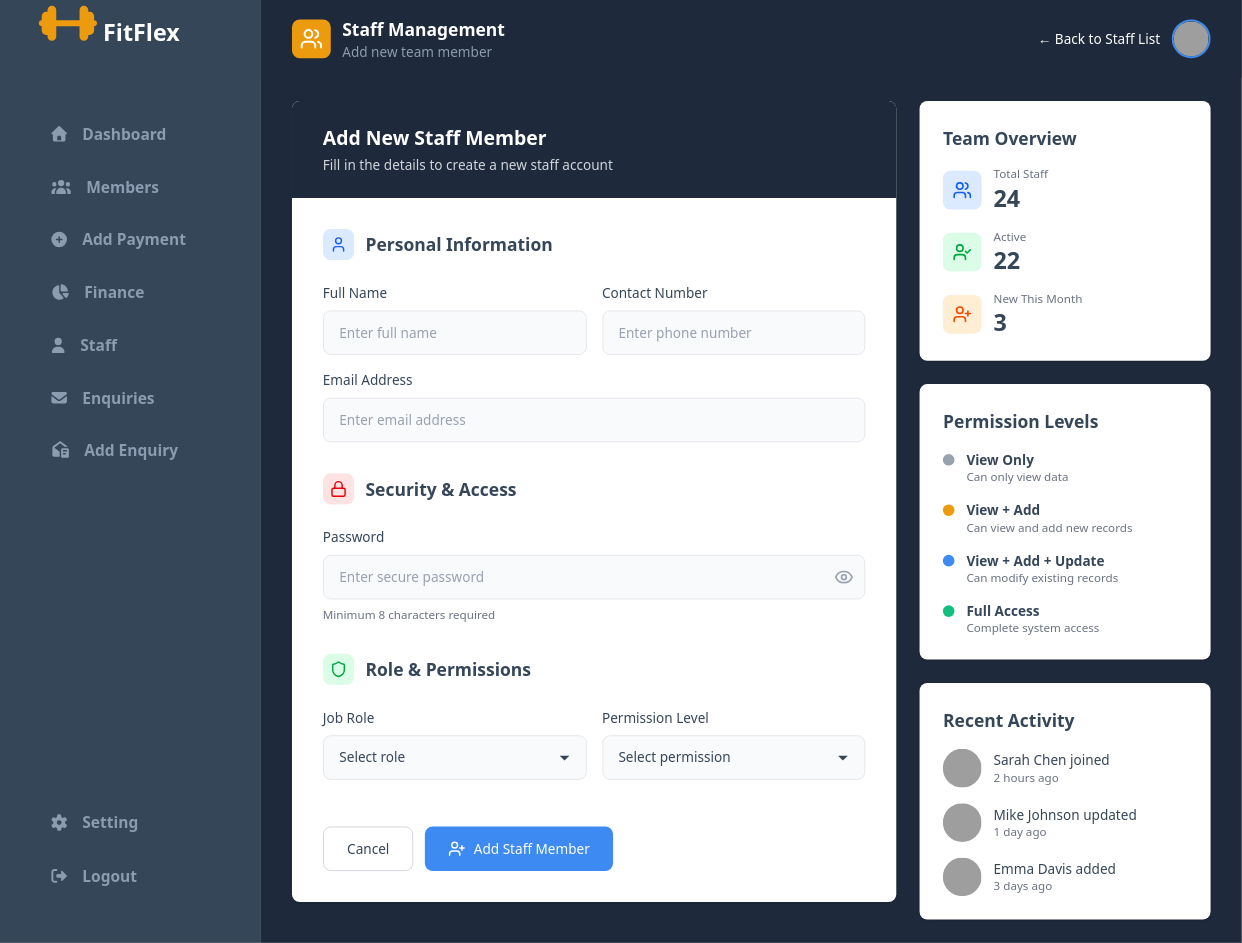
Repository: MuhammadTalhaTaj/gym_management_app_backend
Page: /addstaff (app in frontend/)
An editor plug-in stored every save of this project. The page is shown before and after the next save, followed by the edit.
The browser window is 1280 px wide. The pictures show the whole page, at 97% of full size.
Pictures or frames that could not be fetched are drawn as grey boxes. The project was rebuilt for these pictures with package versions that can differ from the ones it lists, and the page was loaded fresh each time. Also part of the build but not shown: frontend/vite.config.ts, frontend/src/assets/styles/AdminHeader.css, frontend/src/Components/AdminHeader.tsx, frontend/src/assets/styles/AdminDashboard.css, frontend/src/hooks/useDashboardData.ts, frontend/src/assets/styles/AdminDashboardStats.css, frontend/src/Components/AdminDashboardStats.tsx, frontend/src/Components/IncomeExpenseChart.tsx and 31 more.

Above is the page before, as saved 2025-11-21 10:40:32.

### frontend/index.html
<!doctype html>
<html lang="en">

<head>
  <meta charset="UTF-8" />
  <link rel="icon" type="image/svg+xml" href="/vite.svg" />
  <meta name="viewport" content="width=device-width, initial-scale=1.0" />
  <title>GymManagement</title>
  <link rel="preconnect" href="https://fonts.googleapis.com" />
  <link rel="preconnect" href="https://fonts.gstatic.com" crossorigin />
  <link rel="stylesheet" href="https://fonts.googleapis.com/css2?family=Roboto:wght@300;400;500;700&display=swap" />

</head>

<body>
  <div id="root"></div>
  <script type="module" src="/src/main.tsx"></script>
</body>

</html>

### frontend/src/index.css
@import "tailwindcss";
:root{
  padding: 0;
  margin: 0;
  box-sizing: border-box;
  --primary-100:#364659;
  --primary-200:#1E293B;
  --primary-300:#8C9BB0;
  --secondary-100: #EC9A0E;
  --secondary-200:#595446;
  --tertiary-100: #F24949;
  --tertiary-100-30: #584252;
  --tertiary-200: #F47117;
  --tertiary-200-30: #5A4B48;
  --tertiary-300: #11BF7F;
  --tertiary-300-30: #2B595E;
  --tertiary-400: #3D8BF2;
  --tertiary-400-30: #344E75;
  --tertiary-500: #94A3B8;
  --tertiary-600: #1E293B;
}
body{
  padding: 0;
  margin: 0;
}
.adminMain{
  display: flex;
  margin: 0;
  justify-content: space-between;
  padding: 0;
  /* border: 2px solid blue; */
}
@media all and (max-width:700px) {
  .adminMain{
    flex-direction: column;
  }
}

### frontend/src/Components/ProtectedRoute.tsx
import React, { useEffect, useState } from "react";
// import { Navigate } from "react-router-dom";
import { apiRequest } from "../config/api";

type Props = {
  children: React.ReactNode;
};

const getStoredToken = (): string | null => {
  return localStorage.getItem("accessToken") || sessionStorage.getItem("accessToken");
};

export default function ProtectedRoute({ children }: Props) {
  const [status, setStatus] = useState<"pending" | "ok" | "unauth">("pending");

  useEffect(() => {
    let mounted = true;

    const token = getStoredToken();
    if (!token) {
      // no token -> immediately unauth
      if (mounted) setStatus("unauth");
      return;
    }

    const validate = async () => {
      try {
        // call backend authenticate endpoint
        const res = await apiRequest<{ success?: boolean; message?: string; userId?: string }>({
          method: "GET",
          endpoint: "/auth/authenticate"
        });

        // backend returns success:true on valid token
        if (mounted && res && (res as any).success === true) {
          setStatus("ok");
        } else {
          // treat missing success flag as unauth
          if (mounted) setStatus("unauth");
        }
      } catch (err) {
        // any error -> unauth
        if (mounted) setStatus("unauth");
      }
    };

    validate();

    return () => { mounted = false; };
  }, []);

  if (status === "pending") {
    // while checking, render nothing (keep UI/layout unchanged)
    return null;
  }

  if (status === "unauth") {
    // clear tokens to ensure clean state, then redirect
    try {
      localStorage.removeItem("accessToken");
      sessionStorage.removeItem("accessToken");
    } catch (e) {
      // ignore
    }
    // return <Navigate to="/login" replace />;
  }

  // auth ok
  return <>{children}</>;
}

### frontend/src/context/AuthContext.tsx
// src/context/AuthContext.tsx (example)
import React, { createContext, useEffect } from "react";
import { onAuthFailure,
  // setAccessToken as storeAccessToken,
   clearTokens } from "../config/auth";
import { useNavigate } from "react-router-dom";

export const AuthContext = createContext<any>(null);

export const AuthProvider: React.FC<{children:any}> = ({ children }) => {
  const navigate = useNavigate();

  useEffect(() => {
    onAuthFailure(() => {
      // clear local tokens and redirect to login
      clearTokens();
      navigate("/login");
    });
  }, [navigate]);

  return <AuthContext.Provider value={{}}>{children}</AuthContext.Provider>;
};

### frontend/src/pages/Admin/AddStaff.tsx
import React, { useState } from 'react';
import { Eye, EyeOff, Users, UserCheck, UserPlus, Shield, User, Lock } from 'lucide-react';

// Data file - export this to a separate file in your project (e.g., staffData.js)
export const staffData = {
  teamOverview: {
    totalStaff: 24,
    activeStaff: 22,
    newThisMonth: 3
  },
  permissionLevels: [
    {
      id: 'view-only',
      name: 'View Only',
      description: 'Can only view data',
      color: 'bg-gray-400'
    },
    {
      id: 'view-add',
      name: 'View + Add',
      description: 'Can view and add new records',
      color: 'bg-[var(--secondary-100)]'
    },
    {
      id: 'view-add-update',
      name: 'View + Add + Update',
      description: 'Can modify existing records',
      color: 'bg-[var(--tertiary-400)]'
    },
    {
      id: 'full-access',
      name: 'Full Access',
      description: 'Complete system access',
      color: 'bg-[var(--tertiary-300)]'
    }
  ],
  recentActivity: [
    {
      id: 1,
      name: 'Sarah Chen',
      action: 'joined',
      time: '2 hours ago',
      avatar: 'https://i.pravatar.cc/150?img=1'
    },
    {
      id: 2,
      name: 'Mike Johnson',
      action: 'updated',
      time: '1 day ago',
      avatar: 'https://i.pravatar.cc/150?img=2'
    },
    {
      id: 3,
      name: 'Emma Davis',
      action: 'added',
      time: '3 days ago',
      avatar: 'https://i.pravatar.cc/150?img=3'
    }
  ],
  jobRoles: [
    'Select role',
    'Administrator',
    'Manager',
    'Developer',
    'Designer',
    'Analyst',
    'Support Staff'
  ],
  permissions: [
    'Select permission',
    'View Only',
    'View + Add',
    'View + Add + Update',
    'Full Access'
  ]
};

// Reusable Components
const Card = ({ children, className = '' }) => (
  <div className={`bg-white rounded-lg shadow-sm ${className}`}>
    {children}
  </div>
);

const Input = ({ label, placeholder, type = 'text', value, onChange, showPasswordToggle, onTogglePassword, showPassword, helperText }) => (
  <div className="flex flex-col gap-2">
    {label && (
      <label className="text-sm font-medium text-[var(--primary-100)]">
        {label}
      </label>
    )}
    <div className="relative">
      <input
        type={type}
        placeholder={placeholder}
        value={value}
        onChange={onChange}
        className="w-full px-4 py-3 bg-gray-50 border border-gray-200 rounded-lg text-sm text-[var(--primary-100)] placeholder-gray-400 focus:outline-none focus:ring-2 focus:ring-[var(--tertiary-400)] focus:border-transparent transition-all"
      />
      {showPasswordToggle && (
        <button
          type="button"
          onClick={onTogglePassword}
          className="absolute right-3 top-1/2 -translate-y-1/2 text-gray-400 hover:text-[var(--primary-100)] transition-colors"
        >
          {showPassword ? <EyeOff size={20} /> : <Eye size={20} />}
        </button>
      )}
    </div>
    {helperText && (
      <span className="text-xs text-gray-500">{helperText}</span>
    )}
  </div>
);

const Select = ({ label, options, value, onChange }) => (
  <div className="flex flex-col gap-2">
    {label && (
      <label className="text-sm font-medium text-[var(--primary-100)]">
        {label}
      </label>
    )}
    <select
      value={value}
      onChange={onChange}
      className="w-full px-4 py-3 bg-gray-50 border border-gray-200 rounded-lg text-sm text-[var(--primary-100)] focus:outline-none focus:ring-2 focus:ring-[var(--tertiary-400)] focus:border-transparent transition-all appearance-none cursor-pointer"
      style={{
        backgroundImage: `url("data:[embedded picture, 161 characters]")`,
        backgroundRepeat: 'no-repeat',
        backgroundPosition: 'right 1rem center'
      }}
    >
      {options.map((option, index) => (
        <option key={index} value={option}>
          {option}
        </option>
      ))}
    </select>
  </div>
);

const Button = ({ children, variant = 'primary', onClick, icon: Icon }) => {
  const variants = {
    primary: 'bg-[var(--tertiary-400)] hover:bg-[var(--tertiary-400)]/90 text-white',
    secondary: 'bg-white hover:bg-gray-50 text-[var(--primary-100)] border border-gray-300'
  };

  return (
    <button
      onClick={onClick}
      className={`px-6 py-3 rounded-lg font-medium text-sm transition-all flex items-center justify-center gap-2 ${variants[variant]}`}
    >
      {Icon && <Icon size={18} />}
      {children}
    </button>
  );
};

const StatsCard = ({ icon: Icon, label, value, iconBg, iconColor }) => (
  <div className="flex items-center gap-3">
    <div className={`w-10 h-10 rounded-lg ${iconBg} flex items-center justify-center`}>
      <Icon size={20} className={iconColor} />
    </div>
    <div>
      <p className="text-xs text-gray-500">{label}</p>
      <p className="text-2xl font-bold text-[var(--primary-100)]">{value}</p>
    </div>
  </div>
);

const ActivityItem = ({ activity }) => (
  <div className="flex items-center gap-3">
    <img
      src={activity.avatar}
      alt={activity.name}
      className="w-10 h-10 rounded-full object-cover"
    />
    <div className="flex-1">
      <p className="text-sm font-medium text-[var(--primary-100)]">
        {activity.name} {activity.action}
      </p>
      <p className="text-xs text-gray-500">{activity.time}</p>
    </div>
  </div>
);

const PermissionItem = ({ permission }) => (
  <div className="flex items-start gap-3">
    <div className={`w-3 h-3 rounded-full ${permission.color} mt-1`}></div>
    <div className="flex-1">
      <p className="text-sm font-semibold text-[var(--primary-100)]">{permission.name}</p>
      <p className="text-xs text-gray-500">{permission.description}</p>
    </div>
  </div>
);

const SectionHeader = ({ icon: Icon, title, iconBg, iconColor }) => (
  <div className="flex items-center gap-3 mb-6">
    <div className={`w-8 h-8 rounded-lg ${iconBg} flex items-center justify-center`}>
      <Icon size={18} className={iconColor} />
    </div>
    <h3 className="text-lg font-semibold text-[var(--primary-100)]">{title}</h3>
  </div>
);

// Main Component
const AddStaff = () => {
  const [formData, setFormData] = useState({
    fullName: '',
    contactNumber: '',
    email: '',
    password: '',
    jobRole: staffData.jobRoles[0],
    permission: staffData.permissions[0]
  });

  const [showPassword, setShowPassword] = useState(false);

  const handleInputChange = (field) => (e) => {
    setFormData(prev => ({ ...prev, [field]: e.target.value }));
  };

  const handleSubmit = () => {
    console.log('Form submitted:', formData);
    // Add your form submission logic here
  };

  const handleCancel = () => {
    setFormData({
      fullName: '',
      contactNumber: '',
      email: '',
      password: '',
      jobRole: staffData.jobRoles[0],
      permission: staffData.permissions[0]
    });
  };

  return (
    <div className="min-h-screen w-full bg-[var(--primary-200)]">
      {/* Header */}
      <header className="bg-[var(--primary-200)] text-white px-4 sm:px-6 lg:px-8 py-4">
        <div className="max-w-7xl mx-auto flex items-center justify-between">
          <div className="flex items-center gap-3">
            <div className="w-10 h-10 bg-[var(--secondary-100)] rounded-lg flex items-center justify-center">
              <Users size={24} />
            </div>
            <div>
              <h1 className="text-lg font-semibold">Staff Management</h1>
              <p className="text-sm text-[var(--primary-300)]">Add new team member</p>
            </div>
          </div>
          <div className="flex items-center gap-3">
            <button className="flex items-center gap-2 text-sm hover:text-gray-300 transition-colors">
              <span className="hidden sm:inline">← Back to Staff List</span>
              <span className="sm:hidden">← Back</span>
            </button>
            <img
              src="https://i.pravatar.cc/150?img=5"
              alt="User"
              className="w-10 h-10 rounded-full object-cover border-2 border-[var(--tertiary-400)]"
            />
          </div>
        </div>
      </header>

      {/* Main Content */}
      <main className="max-w-7xl mx-auto px-4 sm:px-6 lg:px-8 py-6">
        <div className="grid grid-cols-1 lg:grid-cols-3 gap-6">
          {/* Left Column - Form */}
          <div className="lg:col-span-2">
            <Card className="p-6 sm:p-8">
              {/* Form Header */}
              <div className="bg-[var(--primary-200)] text-white -mx-6 sm:-mx-8 -mt-6 sm:-mt-8 px-6 sm:px-8 py-6 rounded-t-lg mb-8">
                <h2 className="text-xl font-bold mb-1">Add New Staff Member</h2>
                <p className="text-sm text-gray-300">Fill in the details to create a new staff account</p>
              </div>

              <div className="space-y-8">
                {/* Personal Information */}
                <div>
                  <SectionHeader
                    icon={User}
                    title="Personal Information"
                    iconBg="bg-blue-100"
                    iconColor="text-blue-600"
                  />
                  <div className="grid grid-cols-1 md:grid-cols-2 gap-4">
                    <Input
                      label="Full Name"
                      placeholder="Enter full name"
                      value={formData.fullName}
                      onChange={handleInputChange('fullName')}
                    />
                    <Input
                      label="Contact Number"
                      placeholder="Enter phone number"
                      type="tel"
                      value={formData.contactNumber}
                      onChange={handleInputChange('contactNumber')}
                    />
                  </div>
                  <div className="mt-4">
                    <Input
                      label="Email Address"
                      placeholder="Enter email address"
                      type="email"
                      value={formData.email}
                      onChange={handleInputChange('email')}
                    />
                  </div>
                </div>

                {/* Security & Access */}
                <div>
                  <SectionHeader
                    icon={Lock}
                    title="Security & Access"
                    iconBg="bg-red-100"
                    iconColor="text-red-600"
                  />
                  <Input
                    label="Password"
                    placeholder="Enter secure password"
                    type={showPassword ? 'text' : 'password'}
                    value={formData.password}
                    onChange={handleInputChange('password')}
                    showPasswordToggle
                    onTogglePassword={() => setShowPassword(!showPassword)}
                    showPassword={showPassword}
                    helperText="Minimum 8 characters required"
                  />
                </div>

                {/* Role & Permissions */}
                <div>
                  <SectionHeader
                    icon={Shield}
                    title="Role & Permissions"
                    iconBg="bg-green-100"
                    iconColor="text-green-600"
                  />
                  <div className="grid grid-cols-1 md:grid-cols-2 gap-4">
                    <Select
                      label="Job Role"
                      options={staffData.jobRoles}
                      value={formData.jobRole}
                      onChange={handleInputChange('jobRole')}
                    />
                    <Select
                      label="Permission Level"
                      options={staffData.permissions}
                      value={formData.permission}
                      onChange={handleInputChange('permission')}
                    />
                  </div>
                </div>

                {/* Action Buttons */}
                <div className="flex flex-col sm:flex-row gap-3 pt-4">
                  <Button variant="secondary" onClick={handleCancel}>
                    Cancel
                  </Button>
                  <Button variant="primary" onClick={handleSubmit} icon={UserPlus}>
                    Add Staff Member
                  </Button>
                </div>
              </div>
            </Card>
          </div>

          {/* Right Column - Sidebar */}
          <div className="space-y-6">
            {/* Team Overview */}
            <Card className="p-6">
              <h3 className="text-lg font-semibold text-[var(--primary-100)] mb-4">Team Overview</h3>
              <div className="space-y-4">
                <StatsCard
                  icon={Users}
                  label="Total Staff"
                  value={staffData.teamOverview.totalStaff}
                  iconBg="bg-blue-100"
                  iconColor="text-blue-600"
                />
                <StatsCard
                  icon={UserCheck}
                  label="Active"
                  value={staffData.teamOverview.activeStaff}
                  iconBg="bg-green-100"
                  iconColor="text-green-600"
                />
                <StatsCard
                  icon={UserPlus}
                  label="New This Month"
                  value={staffData.teamOverview.newThisMonth}
                  iconBg="bg-orange-100"
                  iconColor="text-orange-600"
                />
              </div>
            </Card>

            {/* Permission Levels */}
            <Card className="p-6">
              <h3 className="text-lg font-semibold text-[var(--primary-100)] mb-4">Permission Levels</h3>
              <div className="space-y-4">
                {staffData.permissionLevels.map(permission => (
                  <PermissionItem key={permission.id} permission={permission} />
                ))}
              </div>
            </Card>

            {/* Recent Activity */}
            <Card className="p-6">
              <h3 className="text-lg font-semibold text-[var(--primary-100)] mb-4">Recent Activity</h3>
              <div className="space-y-4">
                {staffData.recentActivity.map(activity => (
                  <ActivityItem key={activity.id} activity={activity} />
                ))}
              </div>
            </Card>
          </div>
        </div>
      </main>
    </div>
  );
};

export default AddStaff;

### frontend/src/config/auth.ts
// src/config/auth.ts
const ACCESS_TOKEN_KEY = "accessToken";

/**
 * Read access token (prefers localStorage, fallbacks to sessionStorage)
 */
export function readAccessToken(): string | null {
  return localStorage.getItem(ACCESS_TOKEN_KEY) || sessionStorage.getItem(ACCESS_TOKEN_KEY);
}

/**
 * Store access token.
 * If `persist` true -> save to localStorage, otherwise sessionStorage.
 */
export function setAccessToken(token: string | null, persist = true) {
  if (!token) {
    localStorage.removeItem(ACCESS_TOKEN_KEY);
    sessionStorage.removeItem(ACCESS_TOKEN_KEY);
    return;
  }
  if (persist) {
    localStorage.setItem(ACCESS_TOKEN_KEY, token);
    sessionStorage.removeItem(ACCESS_TOKEN_KEY);
  } else {
    sessionStorage.setItem(ACCESS_TOKEN_KEY, token);
    localStorage.removeItem(ACCESS_TOKEN_KEY);
  }
}

/**
 * Clear tokens
 */
export function clearTokens() {
  localStorage.removeItem(ACCESS_TOKEN_KEY);
  sessionStorage.removeItem(ACCESS_TOKEN_KEY);
}

/**
 * Call refresh endpoint to obtain a fresh access token.
 * Note: This request includes credentials because your backend may store refresh token in an httpOnly cookie.
 */
let AUTH_BASE_URL = (import.meta.env.VITE_API_URL || "http://localhost:4000").replace(/\/$/, "");

export async function refreshAccessToken(): Promise<string> {
  const url = `${AUTH_BASE_URL}/auth/refreshToken`;

  const res = await fetch(url, {
    method: "POST",
    // include cookies to allow the server to find httpOnly refresh cookie
    credentials: "include",
    headers: {
      "Content-Type": "application/json"
    },
    // no body needed because your server reads cookie/header
  });

  // If server returns non-JSON or non-ok, try to parse but handle gracefully
  let data: any = {};
  try {
    data = await res.json();
  } catch (e) {
    // ignore parse error
  }

  if (!res.ok) {
    // throw useful error with body message if present
    const message = data?.message || `Failed to refresh access token (status ${res.status})`;
    throw new Error(message);
  }

  if (!data?.accessToken) {
    throw new Error("Refresh succeeded but no accessToken returned");
  }

  // store returned token (persist behavior up to you; default persist)
  setAccessToken(data.accessToken, true);
  return data.accessToken;
}

/**
 * App-level callback when refresh fails (e.g., redirect to /login)
 */
let authFailureHandler: (() => void) | null = null;
export function onAuthFailure(handler: () => void) {
  authFailureHandler = handler;
}
export function callAuthFailureHandler() {
  if (typeof authFailureHandler === "function") authFailureHandler();
}

Loaded but not shown: frontend/src/main.tsx (common file); frontend/src/Components/AdminSidebar.tsx (181 lines, source omitted); frontend/src/config/api.ts (123 lines, source omitted); frontend/src/App.tsx (71 lines, source omitted); frontend/src/assets/styles/AdminSidebar.css (138 lines, source omitted)

After the next save:
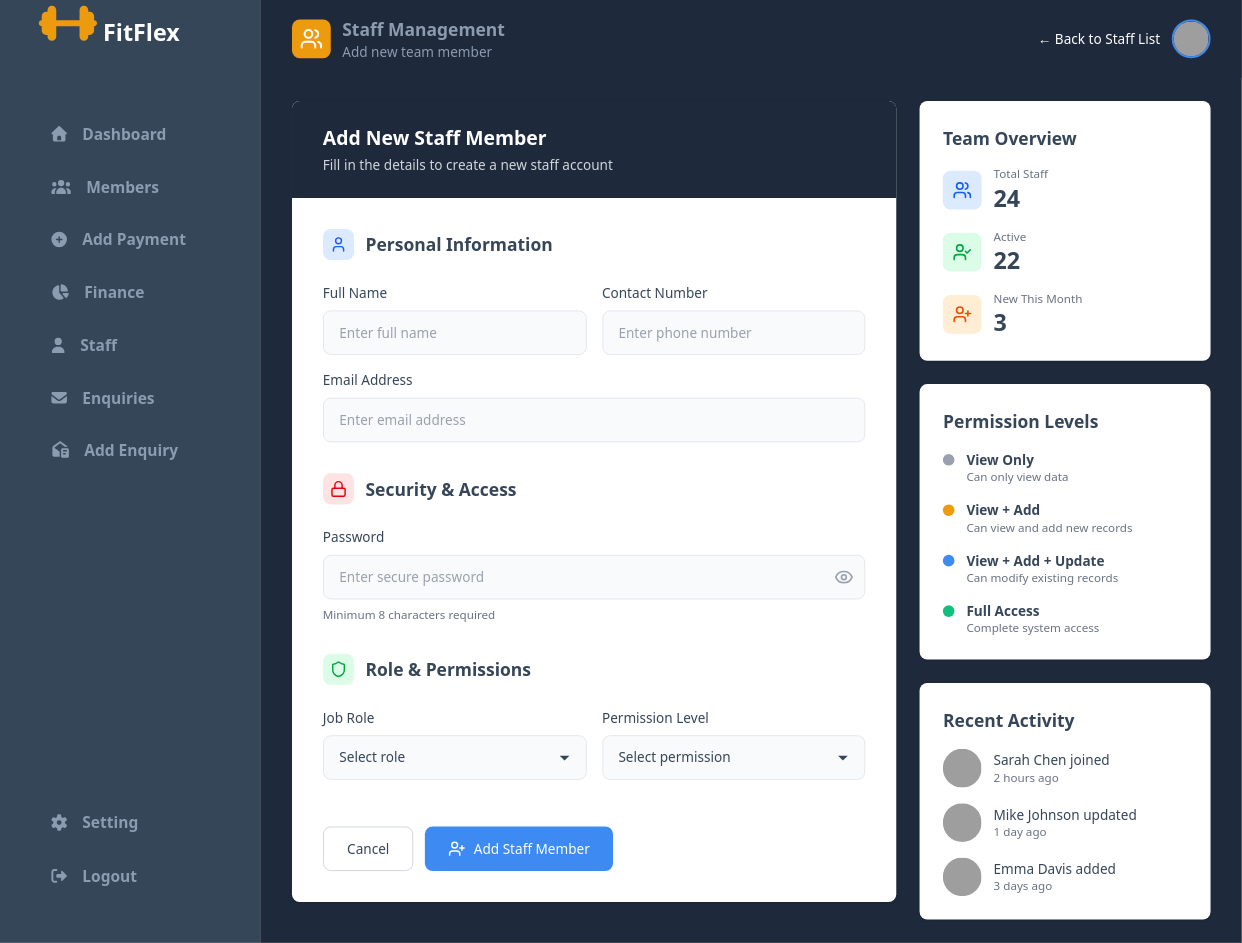
Saved 10 s later.
--- a/frontend/src/pages/Admin/AddStaff.tsx
+++ b/frontend/src/pages/Admin/AddStaff.tsx
@@ -246,7 +246,7 @@ const AddStaff = () => {
               <Users size={24} />
             </div>
             <div>
-              <h1 className="text-lg font-semibold">Staff Management</h1>
+              <h1 className="text-lg font-semibold text-[var(--primary-300)]">Staff Management</h1>
               <p className="text-sm text-[var(--primary-300)]">Add new team member</p>
             </div>
           </div>
